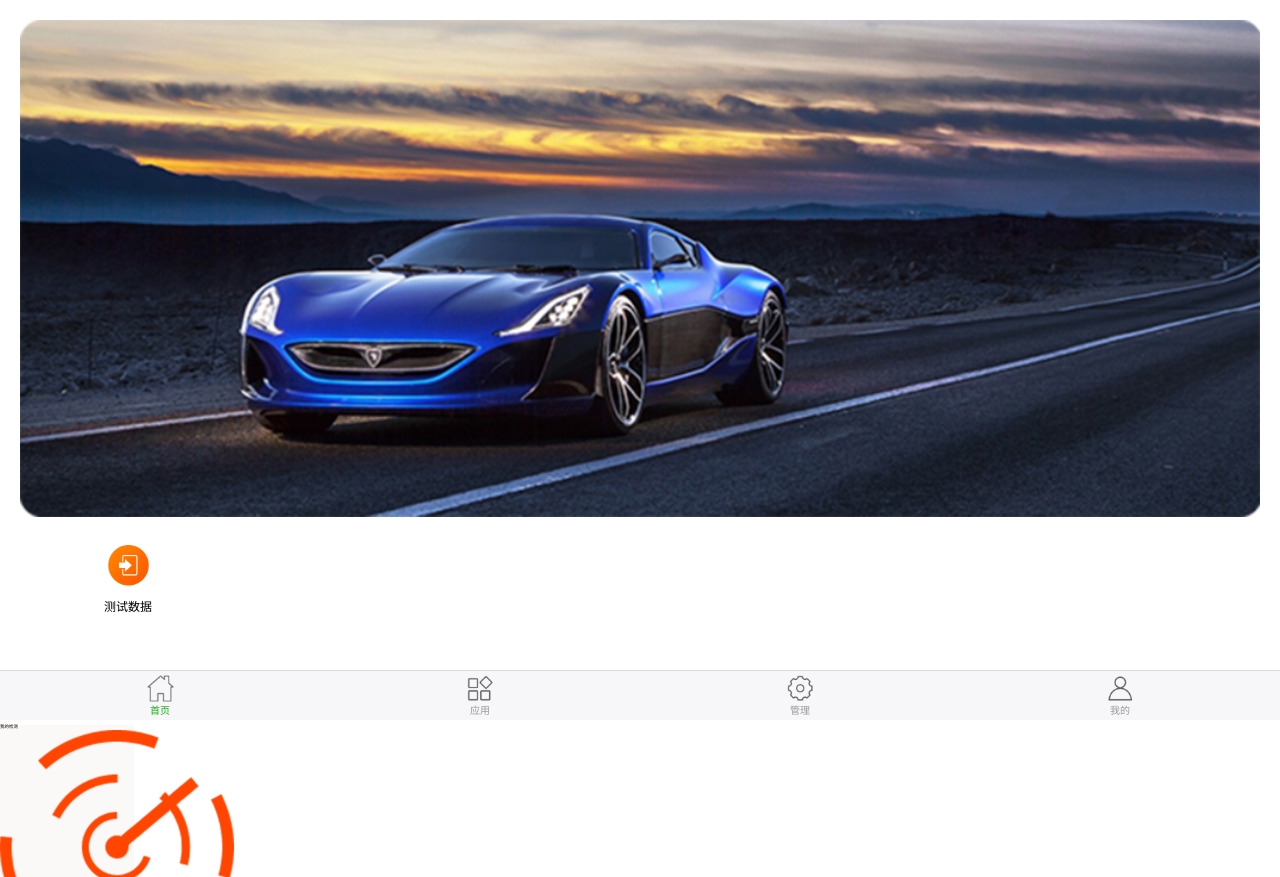
Repository: family-car/car
Page: index.html
An editor plug-in stored every save of this project. The page is shown before and after the next save, followed by the edit.
The browser window is 1280 px wide. The pictures show the whole page.

Above is the page before, as saved 2020-05-11 20:31:52.

After the next save:
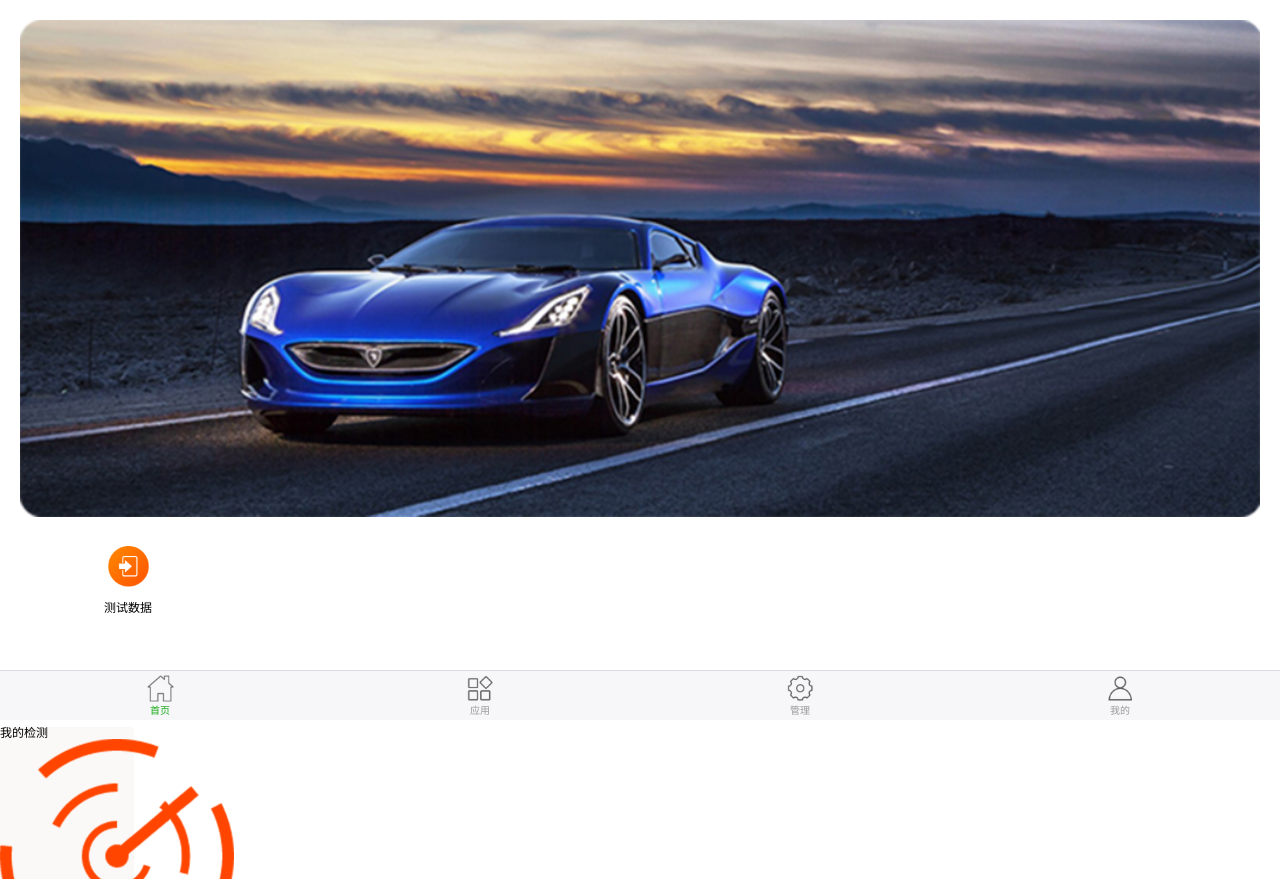
Saved 22 s later.
--- a/src/css/base.css
+++ b/src/css/base.css
@@ -57,7 +57,7 @@ html {
 body {
     margin: 0 auto;
     line-height: 1;
-    font-size: .28rem;
+    font-size: 12px;
     font-family: 'STHeiti', 'Microsoft YaHei', Helvetica, Arial, sans-serif;
     -webkit-text-size-adjust: none;
     -webkit-tap-highlight-color: rgba(0, 0, 0, 0);
